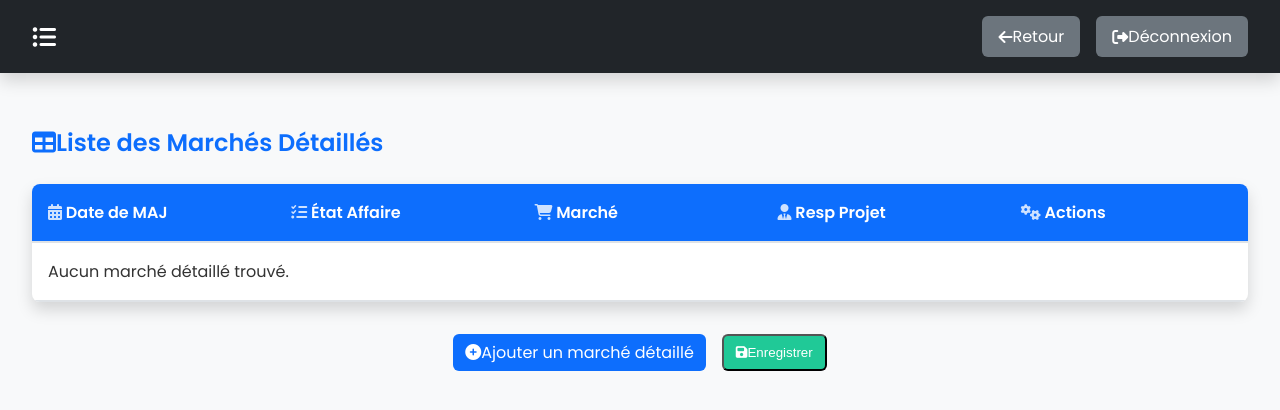
Repository: Andriatiana669/Retour_XP
Page: dashboard/templates/dashboard/liste_marche.html
These files come from the project's save history. The page is drawn as it stood at one moment and after the next save; the edit follows.
The browser window is 1280 px wide. The pictures show the whole page.
The page is served by the project's application, run on Django 5.2 (manage.py). The template is opened directly, without the code that normally fills it, so the values that code supplies are empty.

Above is the page before, as saved 2026-01-07 12:55:24.
Console error: TypeError: Cannot read properties of null (reading 'addEventListener')

After the next save:
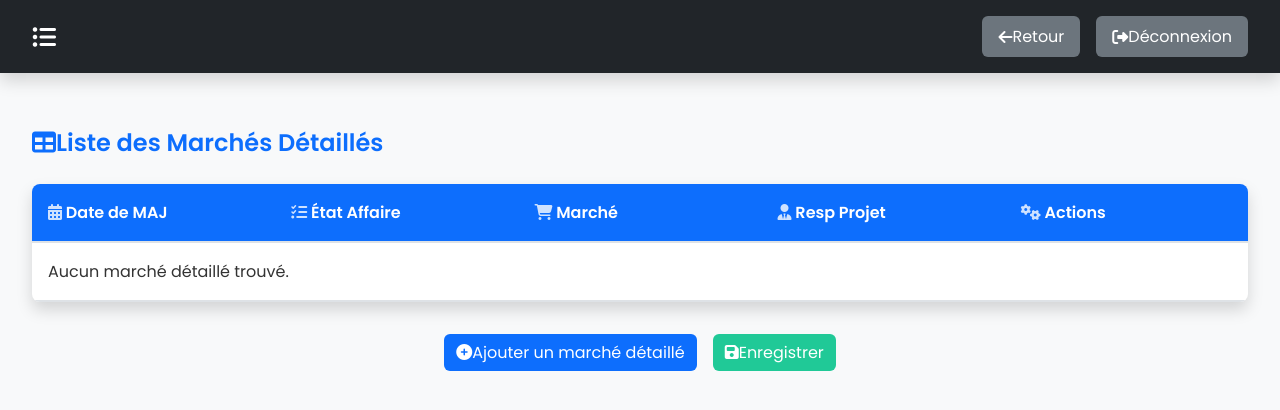
Saved 7 min 50 s later.
--- a/dashboard/templates/dashboard/liste_marche.html
+++ b/dashboard/templates/dashboard/liste_marche.html
@@ -97,9 +97,9 @@
     <a href="{% url 'dashboard:ajouter_marche' marche_global.id %}" class="btn-voir">
         <i class="fas fa-plus-circle"></i> Ajouter un marché détaillé
     </a>
-    <button id="saveAllEtats" class="btn-voir" style="background:var(--success-color);">
+    <a id="saveAllEtats" class="btn-voir" style="background:var(--success-color);">
         <i class="fas fa-save"></i> Enregistrer
-    </button>
+    </a>
 </div>
 </main>
 
